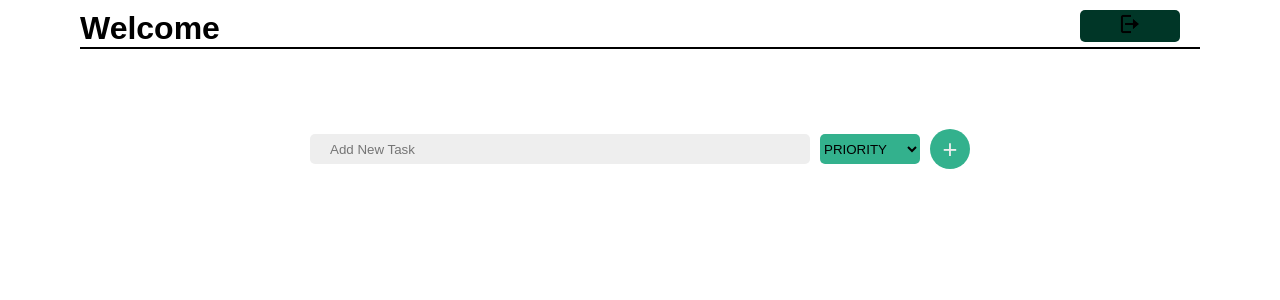
Repository: tebo27cMd/todo_App
Page: /HomePage
The author's editor kept a copy of each file at every save. The page is drawn from the files as they stood at one save, then again after a run of saves.
The browser window is 1280 px wide. The pictures show the whole page.
The page's requests for data from a server got no answer. The project was rebuilt for these pictures with package versions that can differ from the ones it lists, and the page was loaded fresh each time. No one was signed in, and anything a server would have sent is missing. Also part of the build but not shown: src/Pages/LoginPage.jsx, src/Pages/SignInPage.jsx.

Above is the page before, as saved 2022-08-23 11:53:06.

### src/App.js
import React, {useState, useEffect} from 'react';
import './App.css';
import LoginPage from './Pages/LoginPage';
import SignInPage from './Pages/SignInPage';
import HomePage from './Pages/HomePage';

import {BrowserRouter as Router,Routes,Route,Link} from "react-router-dom";

//import {collection, getDocs, getDoc, doc, deleteDoc} from 'firebase/firestore'







function App() {


  const [tasks, setTasks] = useState([]);

  const addTasks = ((task, priorityType)=>{
    setTasks((tasks)=>[...tasks, {
      task:task,
      priorityType:priorityType
    }])

    console.log(tasks);
  })
  return (
    <div className="App">

      <Router>
      <Routes>
        <Route exact path="/" element = {<LoginPage/>}></Route>
        <Route path="/SignInPage" element = {<SignInPage/>}></Route>
        <Route exact path="/HomePage" element = {<HomePage/>}></Route>
      </Routes>
    </Router>

    </div>
  );
}

export default App;

### src/App.css
* {
  box-sizing: border-box;
  margin: 0;
  padding: 0;
  font-family: 'Times New Roman', Times, serif;
}

### src/Pages/HomePage.jsx

import React, { useState, useEffect } from "react";

  import '../css/HomePage.css';

  import {db} from '../Config-file/firebase';

  import {addDoc, collection,getDocs} from 'firebase/firestore';
  import CheckCircleIcon from "@mui/icons-material/CheckCircle";


  import logout from '../image/logout.png'





function HomePage() {
  const[task, setTask]= useState('');
  const[priority, setPriority] = useState('');

  const[items, setItem] = useState([]);

  const itemRef =collection(db,"Tasks");

  const getItems = async()=>{
      let data = await getDocs(itemRef);
      setItem(data.docs.map((doc)=>({...doc.data(), id: doc.id})))
  }

  const addItems = async()=>{
     await addDoc(itemRef, {task:task, priority:priority})
     alert("Item added Successfully");
    getItems();
    }


    useEffect(()=>{
      getItems();
   }, [])





    return (
      <div className="AddTask">
          <div className="topPart">
              <h1>Welcome</h1>
              <button><div className="tick"><img src={logout} alt="" /></div></button>
          </div>

          <div className="bottomPart">
            <div className="input-fields">
              <input type="text" placeholder="Add New Task" onChange={(e)=>setTask(e.target.value)}/>
                <select name="priority" id="priority" onChange={(e)=>setPriority(e.target.value)}>
                    <option value="Priority">PRIORITY</option>
                    <option value="High">High</option>
                    <option value="Medium">Medium</option>
                    <option value="Low">Low</option>

                </select>

                <button className="topBtn" onClick={addItems}>+</button>

            </div>

            <div className="task-list">
            {
                        items.map(item=>((
                            <div className="items" key={item.id}>
                                {
                                    item.priority == "Low" ? (

                                        <div className="item" style={{borderBottom: "3px solid green"}}>
                                        <span>{item.task}</span>
                                        <button className="complete"><div className="CheckLow"><CheckCircleIcon id="i" /></div></button>
                                        </div>

                                    ):item.priority == "Medium" ? (
                                        <div className="item" style={{borderBottom: "3px solid orange"}}>
                                        <span>{item.task}</span>
                                        <button className="complete"><div className="CheckMedium"><CheckCircleIcon id="i" /></div></button>
                                        </div>
                                    ):item.priority == "High" ? (
                                        <div className="item" style={{borderBottom: "3px solid red"}}>
                                        <span>{item.task}</span>
                                        <button className="complete"><div className="CheckHigh"><CheckCircleIcon id="i" /></div></button>

                                        </div>
                                    ):(
                                        <div>

                                        </div>
                                    )
                                }




                            </div>
                        )))
                    }
            </div>

          </div>

      </div>
    )
  }



export default HomePage;

### src/Pages/LoginPage.css
@import url("https://fonts.googleapis.com/css?family=Roboto&display=swap");
:root
{
    --btnGreen: #339eb1;
    --beige: beige;

}

.LoginPage{
    display: grid;
    grid-template-columns: 40% 60%;
    width: 100vw;
    height: 100vh;
    font-family:'Roboto' ;
}

.LoginPage aside{
    background: url(../Images/Ado.jpeg);
    background-size: cover;
}

.LoginPage section{
    display: flex;
    flex-direction: column;
    justify-content: center;
    align-items: center;
    padding: 50px;

}

.LoginPage .welcome{
    margin-top: 20px;
    margin-bottom: 20px;
    font-weight: bolder;
    font-size: 2em;
    font-family:'Roboto' ;
    color: #4c52ac;
}

.LoginPage .paragraph1{
    margin-bottom: 20px;
    font-size: 1.2em;
    color: #4c52ac;
}

.LoginPage .input-control{
    display: flex;
    flex-direction: column;
    align-self: flex-start;
    width: 100%;

}

.LoginPage .input-control label{
    margin-top: 10px;
    margin-bottom: 10px;
    font-size: 1.4em;

}

.LoginPage .input-control input{
    font-size: 1.2em;
    height: 50px;
    padding: 20px 10px 20px 10px;
    margin-top: 10px;
    border: none;
    border-radius: 10px;
    width: 100%;
    background-color: #eee;

}

.LoginPage button{
    width: 300px;
    height: 50px;

}
.LoginPage .lgnBtn:hover{
   background-color:#4c52ac;
   border-color: #7bff00;
}
.LoginPage .lgnBtn{
    margin-top: 50px;
    border-radius: 5px;
    border: none;
    background-color: var(--btnGreen);
    font-size: 1em;
    cursor: pointer;
    color: white;
}

.LoginPage .create{
    font-family:'Roboto' ;
    margin-top: 30px;
}


Link{
    color: var(--btnGreen);
}

.LoginPage .or{
    font-weight: lighter;
    font-size: 1em;
    margin: 20px;
}

.LoginPage .signBtn{

    margin: 20px;
    padding-right: 20px;
    border-radius: 5px;
    border-color: #4c52ac;
    cursor: pointer;
    background-color: white;
    border-radius: 7px;
}



.logo{
    display: flex;
    flex-direction: row;
    justify-content: center;

}

.logo img{
    width: 50px;
    height: 30px;
    padding-left: 10px;
}

.logo span{
    padding-top: 7px;
}

### src/Config-file/firebase.js
// Import the functions you need from the SDKs you need
import { initializeApp } from "firebase/app";
import { getFirestore } from "@firebase/firestore";
import {getAuth} from 'firebase/auth';

const firebaseConfig = {
  apiKey: "AIzaSyB44VhlyOGLme-EDCUVNbbB2UbazBO3qIY",
  authDomain:  "todo-433b6.firebaseapp.com",
  projectId:"todo-433b6",
  storageBucket: "todo-433b6.appspot.com",
  messagingSenderId: "23893463738",
  appId:"1:23893463738:web:7b7d1fefeddfc1abce6883",
  measurementId: "G-QQNBP66G32"
};

// Initialize Firebase
const app = initializeApp(firebaseConfig);
const db = getFirestore(app);
const auth = getAuth(app);
export  {auth, db};

### src/css/HomePage.css


*{
    box-sizing:border-box;
    margin: 0;
    padding: 0;
    font-family: sans-serif;
}


.topPart{
    display: flex;
    justify-content: space-between;
    margin: 10px 80px;
    border-bottom: 2px solid black;

}

.topPart button{
    width: 100px;
    margin:0px 20px 5px 0px;
    border-radius: 5px;
    border: none;
    background-color: #003627;
    cursor: pointer;
    color: white;
    font-size: 1.2em;

}
.topPart img {
    height: 20px;
}

.topPart button:hover{
    background-color: rgba(245, 27, 27, 0.815);
    color: black;
}

.bottomPart{
    display: flex;
    flex-direction: column;
    justify-content: center;
    align-items: center;
    margin-top: 80px;
}

.bottomPart input{
    margin-right: 10px;
    height: 30px;
    width: 500px;
    padding-left: 20px;
    border: none;
    background-color: #eee;
    border-radius: 5px;

}

.bottomPart select{
    margin-right: 10px;
    height: 30px;
    width: 100px;
    border: none;
    background-color: #33b18d;
    border-radius: 5px;
}

.bottomPart .topBtn{
    height: 40px;
    width: 40px;
    border-radius: 50px;
    border: none;
    color: #eee;
    font-size: 1.6em;
    background-color: #33b18d;
    cursor: pointer;

}
.bottomPart .CheckHigh{
    border-radius: 50px;
    border: none;
    background-color: #ec9b9b;
    color: rgb(0, 0, 0);
    font-size: 1.6em;
    cursor: pointer;
}
.bottomPart .CheckHigh:hover{
    background-color: red;
}
.bottomPart .CheckMedium{
    border-radius: 50px;
    border: none;
    background-color: #feffdd;
    color: rgb(0, 0, 0);
    font-size: 1.6em;
    cursor: pointer;
}
.bottomPart .CheckMedium:hover{
    background-color: yellow;
}
.bottomPart .CheckLow{
    border-radius: 50px;
    border: none;
    background-color: #e1ffdd;
    color: rgb(0, 0, 0);
    font-size: 1.6em;
    cursor: pointer;
}
.bottomPart .CheckLow:hover{
    background-color: green;
}

.bottomPart button:hover{
    background-color: #776e7625;
    color: black;
}

.input-fields {
    display: flex;
    align-items: center;
}



/* Task list*/


.task-list{
    width: 600px;
    margin-right: 60px;
}

.item{
    display: flex;
    text-align: center;
    justify-content: space-between;
    padding: 10px;
    border-radius: 5px;
    border: none;
    box-shadow: 2px 2px 5px 0px grey;

}
.items{
    padding: 5px 0;
}
.item button{
    border: none;
    border-radius: 50px;
    width: 80px;
    height: 40px;
    font-size: 20px;
    cursor: pointer;

}

Loaded but not shown: public/index.html (common file); src/index.js (common file); src/reportWebVitals.js (common file)

After the next 2 saves:
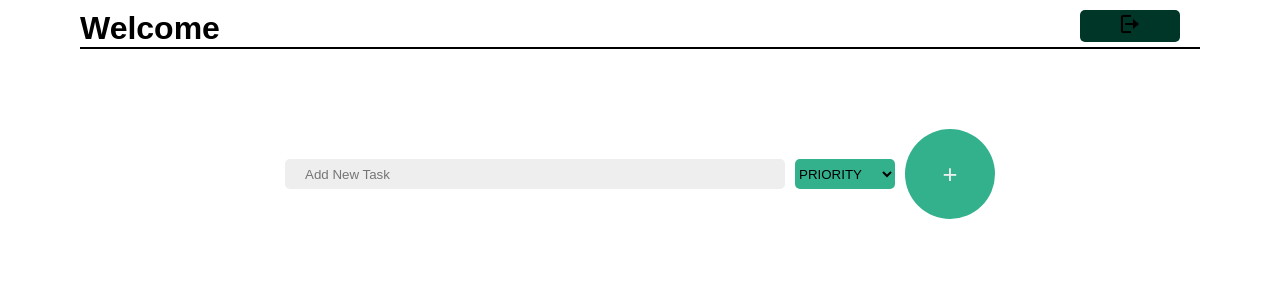
The 2 saves are shown as one change because they came seconds apart.
The last was saved 2 min 39 s later.
--- a/src/css/HomePage.css
+++ b/src/css/HomePage.css
@@ -65,8 +65,8 @@
 }
 
 .bottomPart .topBtn{
-    height: 40px;
-    width: 40px;
+    height: 90px;
+    width: 90px;
     border-radius: 50px;
     border: none;
     color: #eee;
